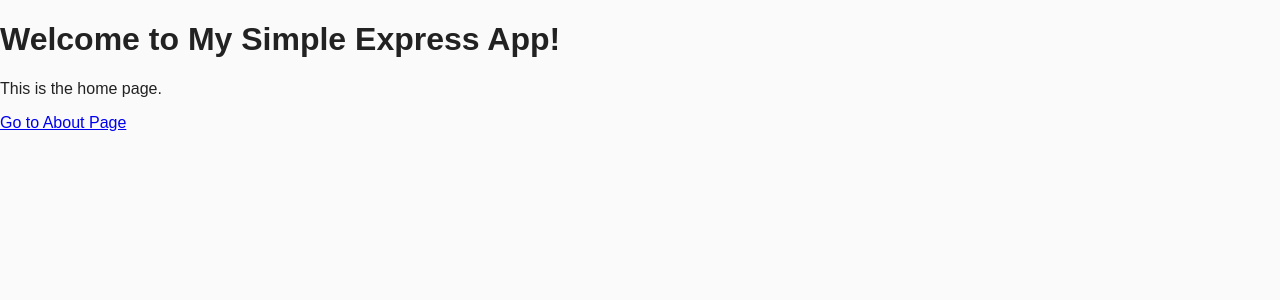
Repository: moatazbenma/javascript-plattform
Page: http://localhost/
An editor plug-in stored every save of this project. The page is shown before and after the next save, followed by the edit.
The browser window is 1280 px wide. The pictures show the whole page.
The page is served by the project's Node server (week-5/server.js).

Above is the page before, as saved 2025-10-20 15:38:46.

After the next save:
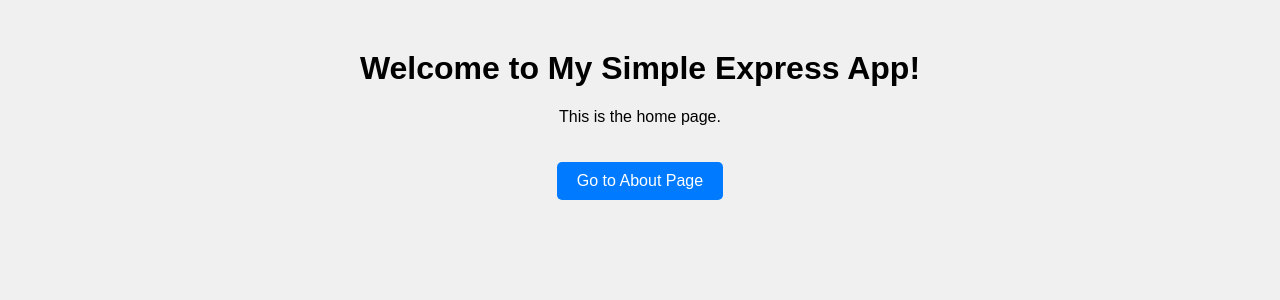
Saved 6 s later.
--- a/week-5/public/style.css
+++ b/week-5/public/style.css
@@ -1,38 +1,20 @@
 body {
-  font-family: Arial, Helvetica, sans-serif;
-  margin: 0;
-  padding: 0;
-  background: #fafafa;
-  color: #222;
+  font-family: Arial, sans-serif;
+  text-align: center;
+  margin-top: 50px;
+  background-color: #f0f0f0;
 }
-.container {
-  max-width: 900px;
-  margin: 36px auto;
-  padding: 20px;
-  background: white;
-  box-shadow: 0 6px 18px rgba(0,0,0,0.06);
-  border-radius: 8px;
+
+a {
+  display: inline-block;
+  margin-top: 20px;
+  text-decoration: none;
+  color: white;
+  background-color: #007BFF;
+  padding: 10px 20px;
+  border-radius: 5px;
 }
-.header {
-  display:flex;
-  justify-content:space-between;
-  align-items:center;
-  margin-bottom:12px;
+
+a:hover {
+  background-color: #0056b3;
 }
-nav a {
-  margin-left:12px;
-  color:#333;
-  text-decoration:none;
-  font-weight:600;
-}
-.card { padding:16px; border-radius:8px; background:#fff;}
-.btn {
-  display:inline-block;padding:8px 12px;border-radius:6px;background:#3b82f6;color:white;text-decoration:none;font-weight:600;
-}
-.form-row { margin-bottom:12px; }
-input[type="text"], input[type="email"], textarea {
-  width:100%;padding:10px;border:1px solid #ddd;border-radius:6px;
-}
-.material { padding:12px;border:1px solid #eee;border-radius:6px;margin-bottom:10px; }
-.small { font-size:0.9rem;color:#666; }
-.points { font-weight:700;color:#059669; }
